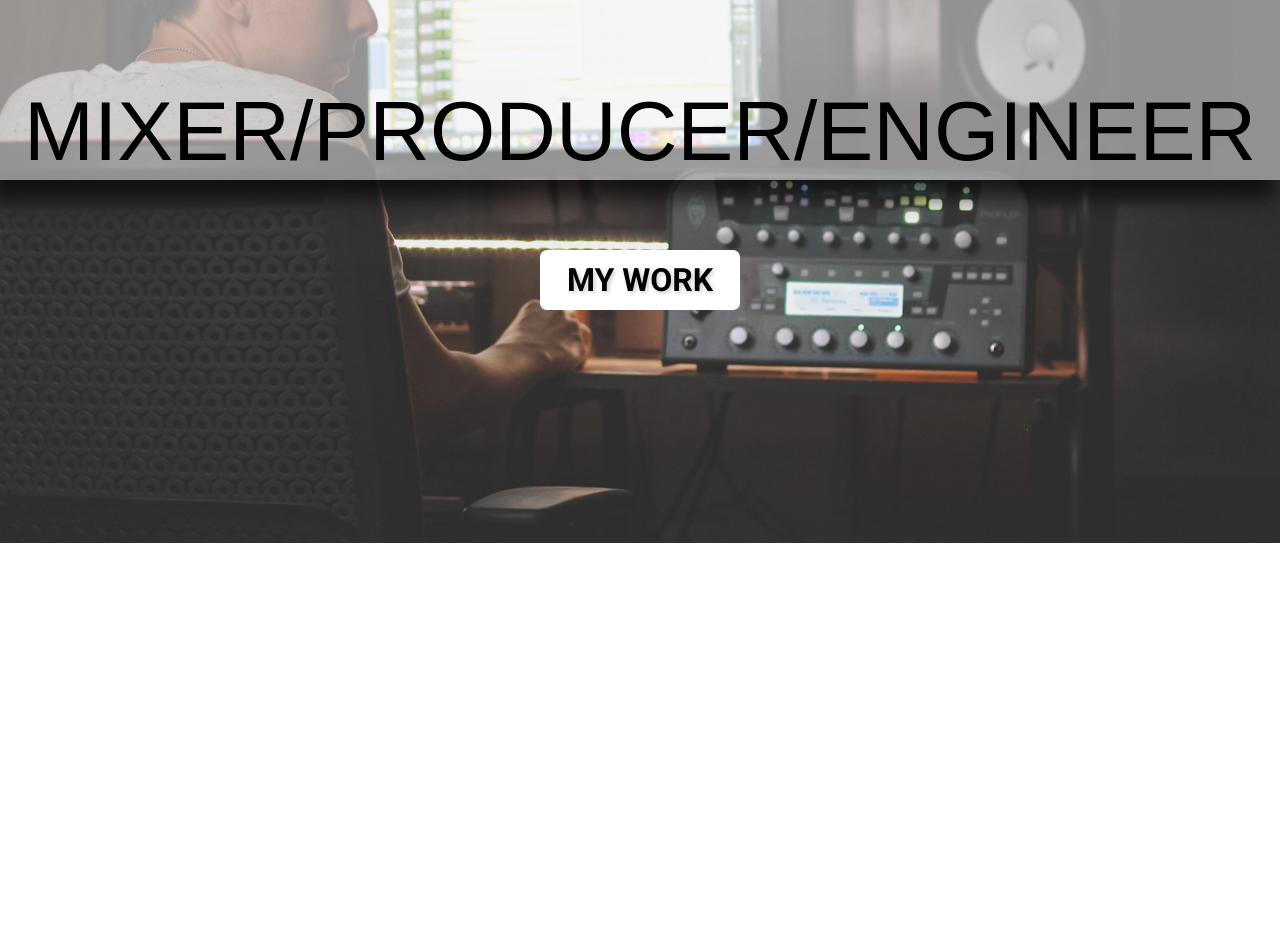
Repository: Aworminator/mixing-portfolio
Page: index.html
These files come from the project's save history. The page is drawn as it stood at one moment and after the next save; the edit follows.
The browser window is 1280 px wide. The pictures show the part of the page from y = 357 to 1309 px (the page is 3419 px tall before and 3446 px after).
Some web fonts or font styles are not loaded; a fallback is used.

Above is the page before, as saved 2025-08-22 16:09:05.

### index.html
<!DOCTYPE html>
<html lang="en">
  <head>
    <meta charset="UTF-8" />
    <meta name="viewport" content="width=device-width, initial-scale=1.0" />
    <title>Document</title>
    <link rel="preconnect" href="https://fonts.googleapis.com" />
    <link rel="preconnect" href="https://fonts.gstatic.com" crossorigin />
    <link
      href="https://fonts.googleapis.com/css2?family=Gothic+A1:wght@100;200;300;400;500;600;700;800;900&family=Rock+Salt&family=Nunito:ital,wght@0,200..1000;1,200..1000&family=Montserrat:ital,wght@0,100..900;1,100..900&family=Caveat:wght@400..700&display=swap"
      rel="stylesheet"
    />
    <link
      href="https://fonts.googleapis.com/css2?family=Roboto:ital,wght@0,100..900;1,100..900&display=swap"
      rel="stylesheet"
    />
    <link rel="stylesheet" href="styles.css" />
    <link
      rel="stylesheet"
      href="https://cdnjs.cloudflare.com/ajax/libs/font-awesome/6.0.0/css/all.min.css"
      integrity="sha512-9usAa10IRO0HhonpyAIVpjrylPvoDwiPUiKdWk5t3PyolY1cOd4DSE0Ga+ri4AuTroPR5aQvXU9xC6qOPnzFeg=="
      crossorigin="anonymous"
      referrerpolicy="no-referrer"
    />
  </head>
  <body>
    <section class="home-page">
      <img
        src="./images/backShot.JPG"
        class="main-pic"
        alt="alecgarnica.com photo"
      />
      <div class="header">
        <h1 class="gothic-a1-regular">ALEC GARNICA</h1>
        <h2 class="gothic-a1-regular">MIXER/PRODUCER/ENGINEER</h2>
      </div>
      <h2 class="work-button">MY WORK</h2>
    </section>
    <section class="audio-examples">
      <div class="group">
        <div id="input"></div>
      </div>
    </section>

    <script src="script.js"></script>
  </body>
</html>

### styles.css
body,
html {
  margin: 0;
  padding: 0;
}

.rock-salt-regular {
  font-family: "Rock Salt", cursive;
  font-weight: 400;
  font-style: normal;
}

.gothic-a1-regular {
  font-family: "Gothic A1", sans-serif;
  font-weight: 500;
  font-style: normal;
}

p {
  font-family: "Nunito", sans-serif;
  font-optical-sizing: auto;
  font-weight: 900;
  font-style: normal;
}

h1,
h2,
h3 {
  font-family: "Montserrat", sans-serif;
  font-optical-sizing: auto;
  font-weight: <weight>;
  font-style: normal;
}

h3 {
  opacity: 80%;
}

.main-pic {
  width: 100%;
  margin: 0 auto;
  object-fit: cover;
  height: 900px;
  z-index: -1;
  opacity: 90%;
}

.header {
  position: relative;
  bottom: 700px;
  z-index: 1;
  font-size: 3.5em;
  text-align: center;
  background-color: rgba(255, 255, 255, 0.467);
  box-shadow: -8px 14px 20px 4px rgb(0 0 0 / 69%);
}

.work-button {
  position: relative;
  bottom: 700px;
  display: flex;
  justify-content: center;
  align-items: center;
  text-align: center;
  font-size: 2em;
  background-color: rgb(255, 255, 255);
  width: 200px;
  height: 60px;
  border-radius: 7px;
  margin: 0 auto;
  text-shadow: 2px 2px 4px rgba(0, 0, 0, 0.2);
  font-family: "Roboto", sans-serif;
  font-optical-sizing: auto;
  font-weight: <weight>;
  font-style: normal;
  font-variation-settings:
    "wdth" 100;
}

.card {
  height: 500px;
  width: 300px;
  border: 2px solid black;
  background-color: rgb(255, 255, 255);
  background: url("https://www.patternpictures.com/wp-content/uploads/Crumpled-white-paper-texture-background.jpg");
  background-color: rgba(255, 255, 255, 0.775);
  background-blend-mode: lighten;
  box-shadow: 5px 10px 20px 0 rgba(0, 0, 0, 0.535);
  border-radius: 10px;
  margin: 90px;
  display: flex;
  flex-direction: column;
  justify-content: flex-start;
  align-items: center;
  flex-wrap: wrap;
  z-index: 1;
}

h1 {
  text-align: center;
}

h4 {
  font-family: "Caveat";
  font-optical-sizing: auto;
  font-weight: <weight>;
  font-style: normal;
  text-shadow: 2px 5px 6px rgba(0, 0, 0, 0.18);
}

#input {
  display: flex;
  justify-content: center;
  flex-direction: column;
  flex-wrap: wrap;
}

.audio-examples {
  display: flex;
  flex-direction: column;
  justify-content: flex-start;
}

.album-artwork {
  height: 300px;
  width: 300px;
  border-radius: 10px 10px 0 0;
  position: relative;
}

.card-info {
  display: flex;
  flex-direction: row;
  justify-content: space-around;
  width: 200px;
  margin-top: 10px;
  margin-bottom: 0;
  position: relative;
}

.band-info {
  border-radius: 10px;
  padding: 5px 10px;
  height: 100px;
  width: 200px;
  display: flex;
  flex-direction: column;
  align-items: flex-start;
  font-size: 0.9em;
  text-align: left;
}

.album-title {
  position: relative;
  bottom: 15px;
}

.link {
  text-decoration: none;
  color: black;
}

.link:hover {
  text-decoration: underline;
  transform: scale(1.05);
}

@keyframes move-words {
  0% {
    left: 100%;
  }
  100% {
    left: -100%;
  }
}

.fa-pause,
.fa-play {
  font-size: 2em;
  position: relative;
  right: 12px;
}

.fa-play:active {
  font-size: 2em;
  position: relative;
  transform: scale(0.8);
}

.player {
  display: flex;
  flex-direction: row;
  align-items: center;
  justify-content: center;
  padding: 10px 0 0 0;
  margin-bottom: 25px;
}

.progress-bar {
  background-color: white;
  border-radius: 40px;
  color: black;
  width: 150px;
  height: 12px;
  border: 1px solid rgb(221, 144, 99);
}

.progress {
  background-color: rgb(244, 164, 117);
  border-radius: 40px;
  height: 100%;
  width: 0%;
}

@media screen and (min-width: 768px) {
  #input {
    display: flex;
    flex-direction: row;
    justify-content: space-around;
  }

  body {
    /* width: 100%;
    transform: scale(0.9); */
  }
}

### script.js
let songs = [
  {
    albumArt:
      "https://facedownrecords.com/wp-content/uploads/2023/09/FCD195-3000.jpg",
    artist: "American Arson",
    song: "The Heat |: Run",
    name: "Run - American Arson.wav",
    artistLink:
      "https://open.spotify.com/artist/7cl9j0U54gBxbcGO7zXXs2?si=Y8YFn_WdRy2WaXkD7kTK9A",
    songLink:
      "https://open.spotify.com/track/4LscxvJWC9iHOBJmns7oVh?si=cf5a5d8cefe242de",
  },
  {
    albumArt:
      "https://i.scdn.co/image/ab67616d0000b27369a57afe6b668fe34d4e9914",
    artist: "Philip Bowen",
    song: "Better Way",
    name: "Fireflies - Camino Kid.wav",
    artistLink:
      "https://open.spotify.com/artist/3Mm4P393IFVqIQDmL691G9?si=A1uk_0hjSPOLajqtXdFjjQ",
    songLink:
      "https://open.spotify.com/track/2iAruT7aaz0of7HgP6AXJ5?si=48f3d1c8590f4527",
  },
  {
    albumArt:
      "https://i.scdn.co/image/ab67616d00001e02c0d49229ee1521c01ba40c3e",
    artist: "Chery Blossom Club",
    song: "Astray",
    name: "All Is Well - Jared Withrow.wav",
    artistLink:
      "https://open.spotify.com/artist/7LDoytlH8MNe9zu2VIu5uB?si=W9AvoN22T46V6yPUWuvBdA",
    songLink:
      "https://open.spotify.com/track/77lonoP2aKYjy99jGNJf3r?si=8c8acfcdc6ff47a3",
  },
  {
    albumArt:
      "https://i.scdn.co/image/ab67616d00001e02066f1a88ce4c1492f016dc33",
    artist: "Jared Withrow",
    song: "All Is Well",
    name: "All Is Well - Jared Withrow.wav",
    artistLink:
      "https://open.spotify.com/artist/5HWM1z6NnHcvOnUeLcCAKn?si=47omOcpARfSCEVpzm1sS9w",
    songLink:
      "https://open.spotify.com/track/60aH38LMrZZam1xIewtDBR?si=670e49b3f44149bb",
  },
  {
    albumArt:
      "https://scontent-det1-1.xx.fbcdn.net/v/t39.30808-6/345889822_3156030747876824_1292364129699861349_n.jpg?_nc_cat=105&ccb=1-7&_nc_sid=6ee11a&_nc_ohc=f9_qdRFkm2IQ7kNvwFt4FJf&_nc_oc=AdmAUkniDUuNAhV0EcdJR1OdZMpTkVkt2HKyPtUgQ5yV5tYitW3uvtS0a4ZDftt4at6ejXA5V_AI77aQpg6WEzSH&_nc_zt=23&_nc_ht=scontent-det1-1.xx&_nc_gid=XrT0jrxaK4GVetPSgd7OrA&oh=00_AfW3ozMtD7ki8JJeSMwEqo1o4N_opRzJL01Q5s7aF34L3g&oe=68A7EA3A",
    artist: "Camino Kid",
    song: "Fireflies(Cover)",
    name: "Fireflies - Camino Kid.wav",
    artistLink:
      "https://open.spotify.com/artist/5Dm6l5ypjnBRX4r3o2vzkZ?si=yQY43V2TQ06EWhuZaBigIg",
    songLink:
      "https://open.spotify.com/track/2ckxbqWp45dph2w9lZHEuz?si=ac1ee9025897455e",
  },
  {
    albumArt:
      "https://www.shazam.com/mkimage/image/thumb/Music122/v4/09/7e/41/097e41aa-4970-2849-a3a6-7e0279f900af/artwork.jpg/375x375bb.webp",
    artist: "The Scally Brothers",
    song: "Lion and the Lamb",
    name: "Fireflies - Camino Kid.wav",
    artistLink:
      "https://open.spotify.com/artist/1zxZJBr1JIL8X4zDvpkFos?si=ZAqeO_ZFRFWOyXo424s7Ng",
    songLink:
      "https://open.spotify.com/track/74FoVUSj3mCoDl6XZTojDW?si=b75b83345caf4865",
  },
];

let input = document.querySelector("#input");

function updateProgress(e, songName) {
  let { currentTime, duration } = e.srcElement;
  const progressPercentage = (currentTime / duration) * 100;
  document.getElementById(
    `progress-${songName}`
  ).style.width = `${progressPercentage}%`;

  const playBtn = document.getElementById(`playBtn-${songName}`);
  if (currentTime === duration) {
    playBtn.classList.add("fa-play");
    playBtn.classList.remove("fa-pause");
  } else {
    playBtn.classList.add("fa-pause");
    playBtn.classList.remove("fa-play");
  }
}

function setProgress(e, songName) {
  const width = e.currentTarget.clientWidth;
  const clickX = e.offsetX;
  const audio = document.getElementById(`audio-${songName}`);
  const duration = audio.duration;

  audio.currentTime = (clickX / width) * duration;
}

function playAudio(songName) {
  const audio = document.getElementById(`audio-${songName}`);
  audio.play();
}

function pauseAudio(songName) {
  const audio = document.getElementById(`audio-${songName}`);
  audio.pause();
}

songs.forEach((song) => {
  const card = document.createElement("div");
  card.classList.add("card");
  card.innerHTML = `
    <img class="album-artwork" src="${song.albumArt}" alt="">
    <div class="mp3">
      <div class="band-info">
        <a href="${song.songLink}" class="link"><h1 class="band-name">${song.song}</h1></a>
        <a href="${song.artistLink}" class="link"><h3 class="album-title">${song.artist}</h3></a>
      </div>
      <div class="player">
        <i class="fa-solid fa-play" id="playBtn-${song.name}" onclick="toggleAudio('${song.name}')"></i>
        <audio preload="metadata" id="audio-${song.name}" src="./audio/${song.name}"></audio>
        <div class="progress-bar" id="progress-bar-${song.name}">
          <div class="progress" id="progress-${song.name}"></div>
        </div>
      </div>
    </div>
  `;
  input.appendChild(card);

  const audio = document.getElementById(`audio-${song.name}`);
  const progressBar = document.getElementById(`progress-bar-${song.name}`);

  audio.addEventListener("timeupdate", (e) => updateProgress(e, song.name));
  progressBar.addEventListener("click", (e) => setProgress(e, song.name));
});

function toggleAudio(songName) {
  const audio = document.getElementById(`audio-${songName}`);
  const playBtn = document.getElementById(`playBtn-${songName}`);

  if (audio.paused || audio.ended) {
    playAudio(songName);
    playBtn.classList.remove("fa-play");
    playBtn.classList.add("fa-pause");
  } else {
    pauseAudio(songName);
    playBtn.classList.remove("fa-pause");
    playBtn.classList.add("fa-play");
  }

  audio.onpause = () => {
    playBtn.classList.remove("fa-pause");
    playBtn.classList.add("fa-play");
  };
  audio.onplay = () => {
    playBtn.classList.remove("fa-play");
    playBtn.classList.add("fa-pause");
  };
}

After the next save:
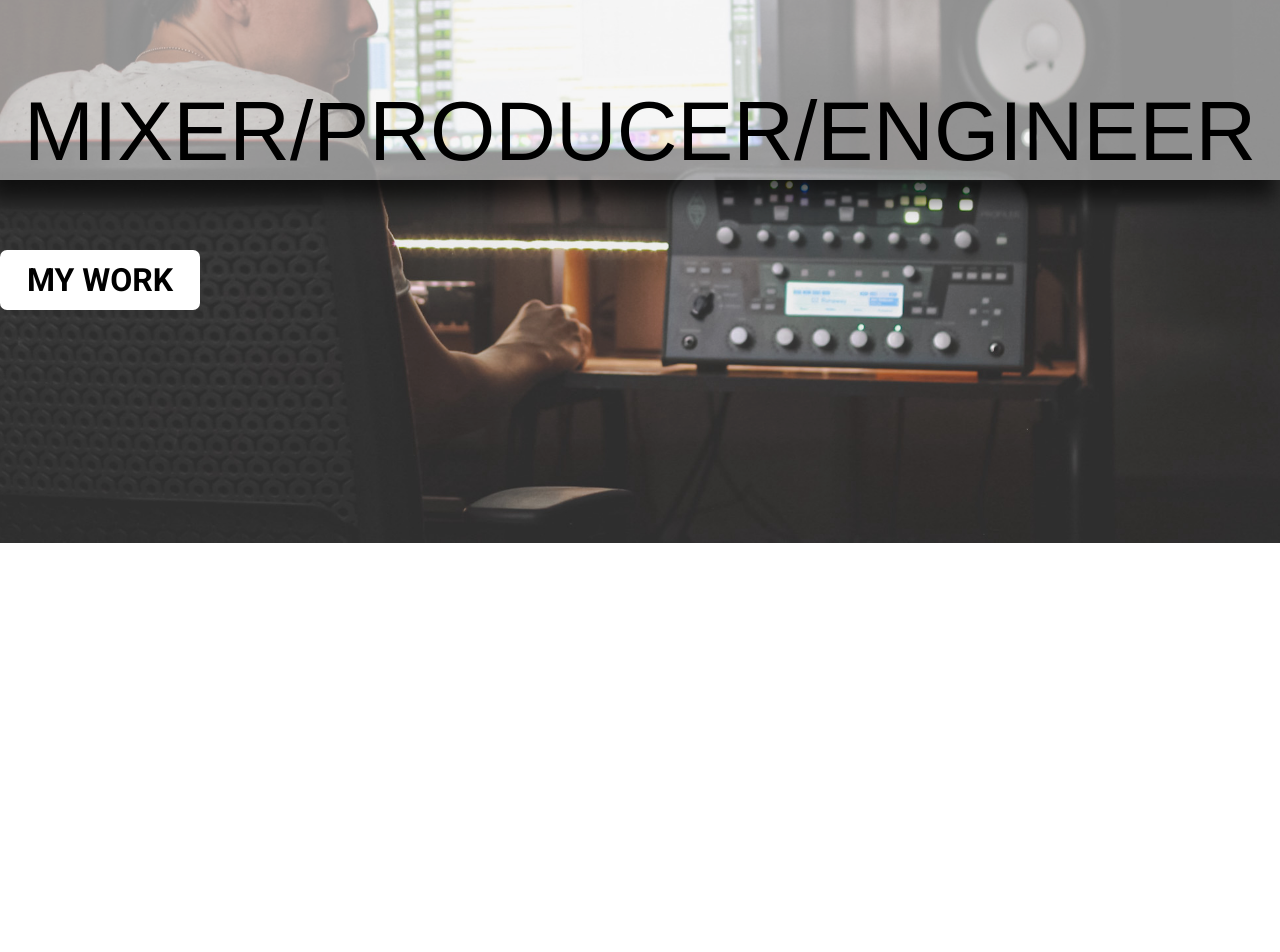
Saved 12 s later.
--- a/styles.css
+++ b/styles.css
@@ -67,8 +67,7 @@
   width: 200px;
   height: 60px;
   border-radius: 7px;
-  margin: 0 auto;
-  text-shadow: 2px 2px 4px rgba(0, 0, 0, 0.2);
+  shadow: 2px 2px 4px rgba(0, 0, 0, 0.2);
   font-family: "Roboto", sans-serif;
   font-optical-sizing: auto;
   font-weight: <weight>;
